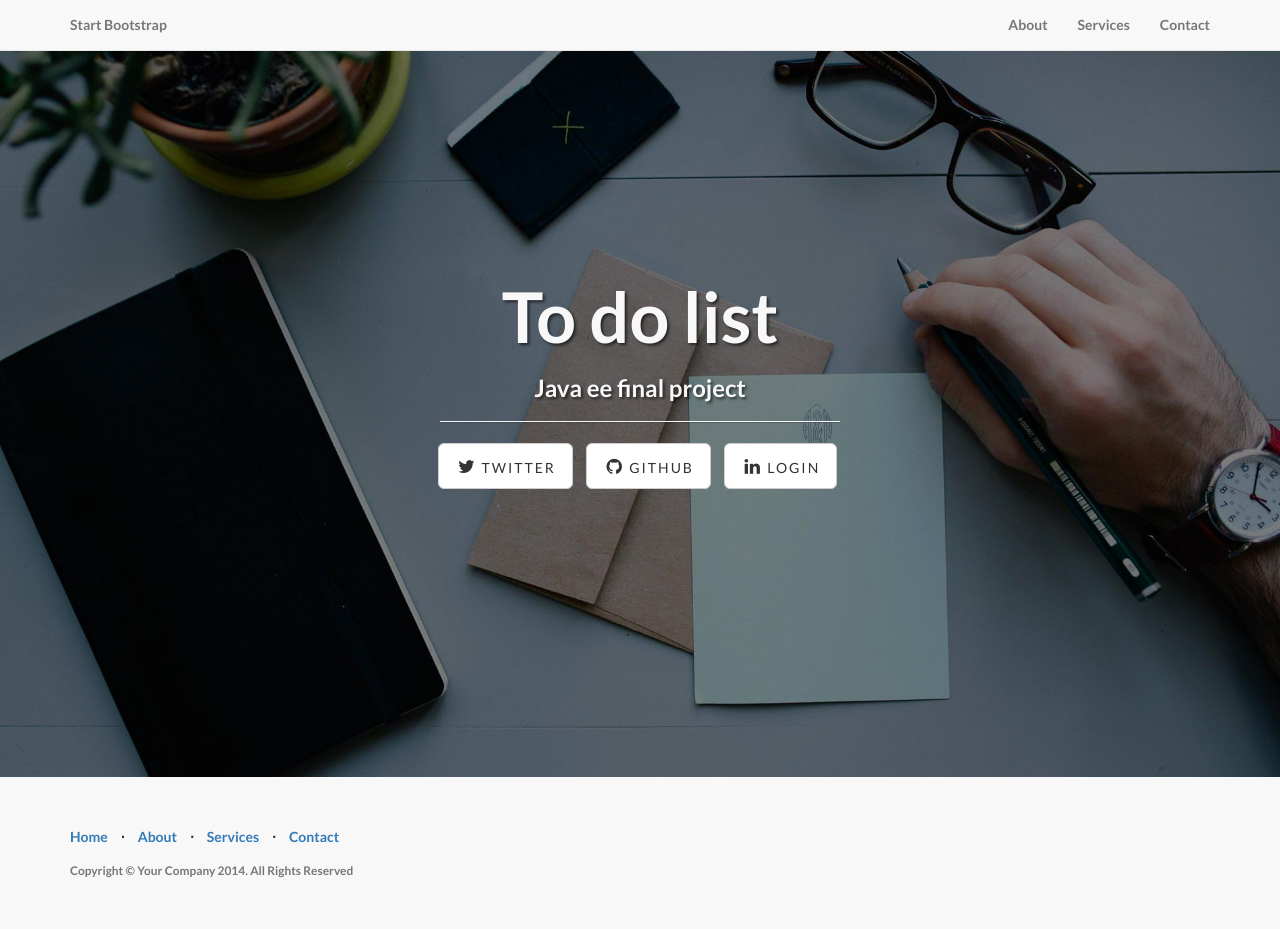
Repository: moshe31sh/Java_ee_final_project_todo_list
Page: Toto_list_final_project/WebContent/welcome.html
An editor plug-in stored every save of this project. The page is shown before and after the next save, followed by the edit.
The browser window is 1280 px wide. The pictures show the whole page.

Above is the page before, as saved 2016-01-24 16:37:26.

### Toto_list_final_project/WebContent/welcome.html
<!DOCTYPE html>
<html lang="en">

<head>

    <meta charset="utf-8">
    <meta http-equiv="X-UA-Compatible" content="IE=edge">
    <meta name="viewport" content="width=device-width, initial-scale=1">
    <meta name="description" content="">
    <meta name="author" content="">

    <title>Welcome</title>

    <!-- Bootstrap Core CSS -->
    <link href="CSS/welcome.bootstrap.min.css" rel="stylesheet">

    <!-- Custom CSS -->
    <link href="CSS/landing-page.css" rel="stylesheet">

    <!-- Custom Fonts -->
    <link href="font-awesome/css/font-awesome.min.css" rel="stylesheet" type="text/css">
    <link href="http://fonts.googleapis.com/css?family=Lato:300,400,700,300italic,400italic,700italic" rel="stylesheet" type="text/css">

    <!-- HTML5 Shim and Respond.js IE8 support of HTML5 elements and media queries -->
    <!-- WARNING: Respond.js doesn't work if you view the page via file:// -->
    <!--[if lt IE 9]>
        <script src="https://oss.maxcdn.com/libs/html5shiv/3.7.0/html5shiv.js"></script>
        <script src="https://oss.maxcdn.com/libs/respond.js/1.4.2/respond.min.js"></script>
    <![endif]-->

</head>

<body>

    <!-- Navigation -->
    <nav class="navbar navbar-default navbar-fixed-top topnav" role="navigation">
        <div class="container topnav">
            <!-- Brand and toggle get grouped for better mobile display -->
            <div class="navbar-header">
                <button type="button" class="navbar-toggle" data-toggle="collapse" data-target="#bs-example-navbar-collapse-1">
                    <span class="sr-only">Toggle navigation</span>
                    <span class="icon-bar"></span>
                    <span class="icon-bar"></span>
                    <span class="icon-bar"></span>
                </button>
                <a class="navbar-brand topnav" href="#">Start Bootstrap</a>
            </div>
            <!-- Collect the nav links, forms, and other content for toggling -->
            <div class="collapse navbar-collapse" id="bs-example-navbar-collapse-1">
                <ul class="nav navbar-nav navbar-right">
                    <li>
                        <a href="#about">About</a>
                    </li>
                    <li>
                        <a href="#services">Services</a>
                    </li>
                    <li>
                        <a href="#contact">Contact</a>
                    </li>
                </ul>
            </div>
            <!-- /.navbar-collapse -->
        </div>
        <!-- /.container -->
    </nav>


    <!-- Header -->
    <a name="about"></a>
    <div class="intro-header">
        <div class="container">

            <div class="row">
                <div class="col-lg-12">
                    <div class="intro-message">
                        <h1>To do list</h1>
                        <h3>Java ee final project</h3>
                        <hr class="intro-divider">
                        <ul class="list-inline intro-social-buttons">
                            <li>
                                <a href="https://twitter.com/SBootstrap" class="btn btn-default btn-lg"><i class="fa fa-twitter fa-fw"></i> <span class="network-name">Twitter</span></a>
                            </li>
                            <li>
                                <a href="https://github.com/IronSummitMedia/startbootstrap" class="btn btn-default btn-lg"><i class="fa fa-github fa-fw"></i> <span class="network-name">Github</span></a>
                            </li>
                            <li>
                                <a href="/Toto_list_final_project/controller/login" class="btn btn-default btn-lg"><i class="fa fa-linkedin fa-fw"></i> <span class="network-name">Login</span></a>
                            </li>
                        </ul>
                    </div>
                </div>
            </div>

        </div>
        <!-- /.container -->

    </div>
    <!-- /.intro-header -->

    <!-- Page Content -->


    <!-- Footer -->
    <footer>
        <div class="container">
            <div class="row">
                <div class="col-lg-12">
                    <ul class="list-inline">
                        <li>
                            <a href="#">Home</a>
                        </li>
                        <li class="footer-menu-divider">&sdot;</li>
                        <li>
                            <a href="#about">About</a>
                        </li>
                        <li class="footer-menu-divider">&sdot;</li>
                        <li>
                            <a href="#services">Services</a>
                        </li>
                        <li class="footer-menu-divider">&sdot;</li>
                        <li>
                            <a href="#contact">Contact</a>
                        </li>
                    </ul>
                    <p class="copyright text-muted small">Copyright &copy; Your Company 2014. All Rights Reserved</p>
                </div>
            </div>
        </div>
    </footer>

    <!-- jQuery -->
    <script src="JS/welcome.jquery.js"></script>

    <!-- Bootstrap Core JavaScript -->
    <script src="JS/welcome.bootstrap.min.js"></script>

</body>

</html>

### Toto_list_final_project/WebContent/CSS/landing-page.css
/*!
 * Start Bootstrap - Landing Page Bootstrap Theme (http://startbootstrap.com)
 * Code licensed under the Apache License v2.0.
 * For details, see http://www.apache.org/licenses/LICENSE-2.0.
 */

body,
html {
    width: 100%;
    height: 100%;
}

body,
h1,
h2,
h3,
h4,
h5,
h6 {
    font-family: "Lato","Helvetica Neue",Helvetica,Arial,sans-serif;
    font-weight: 700;
}

.topnav {
    font-size: 14px;
}

.lead {
    font-size: 18px;
    font-weight: 400;
}

.intro-header {
    padding-top: 50px; /* If you're making other pages, make sure there is 50px of padding to make sure the navbar doesn't overlap content! */
    padding-bottom: 50px;
    text-align: center;
    color: #f8f8f8;
    background: url(../IMAGES/intro-bg.jpg) no-repeat center center;
    background-size: cover;
}

.intro-message {
    position: relative;
    padding-top: 20%;
    padding-bottom: 20%;
}

.intro-message > h1 {
    margin: 0;
    text-shadow: 2px 2px 3px rgba(0,0,0,0.6);
    font-size: 5em;
}

.intro-divider {
    width: 400px;
    border-top: 1px solid #f8f8f8;
    border-bottom: 1px solid rgba(0,0,0,0.2);
}

.intro-message > h3 {
    text-shadow: 2px 2px 3px rgba(0,0,0,0.6);
}

@media(max-width:767px) {
    .intro-message {
        padding-bottom: 15%;
    }

    .intro-message > h1 {
        font-size: 3em;
    }

    ul.intro-social-buttons > li {
        display: block;
        margin-bottom: 20px;
        padding: 0;
    }

    ul.intro-social-buttons > li:last-child {
        margin-bottom: 0;
    }

    .intro-divider {
        width: 100%;
    }
}

.network-name {
    text-transform: uppercase;
    font-size: 14px;
    font-weight: 400;
    letter-spacing: 2px;
}

.content-section-a {
    padding: 50px 0;
    background-color: #f8f8f8;
}

.content-section-b {
    padding: 50px 0;
    border-top: 1px solid #e7e7e7;
    border-bottom: 1px solid #e7e7e7;
}

.section-heading {
    margin-bottom: 30px;
}

.section-heading-spacer {
    float: left;
    width: 200px;
    border-top: 3px solid #e7e7e7;
}

.banner {
    padding: 100px 0;
    color: #f8f8f8;
    background: url(../img/banner-bg.jpg) no-repeat center center;
    background-size: cover;
}

.banner h2 {
    margin: 0;
    text-shadow: 2px 2px 3px rgba(0,0,0,0.6);
    font-size: 3em;
}

.banner ul {
    margin-bottom: 0;
}

.banner-social-buttons {
    float: right;
    margin-top: 0;
}

@media(max-width:1199px) {
    ul.banner-social-buttons {
        float: left;
        margin-top: 15px;
    }
}

@media(max-width:767px) {
    .banner h2 {
        margin: 0;
        text-shadow: 2px 2px 3px rgba(0,0,0,0.6);
        font-size: 3em;
    }

    ul.banner-social-buttons > li {
        display: block;
        margin-bottom: 20px;
        padding: 0;
    }

    ul.banner-social-buttons > li:last-child {
        margin-bottom: 0;
    }
}

footer {
    padding: 50px 0;
    background-color: #f8f8f8;
}

p.copyright {
    margin: 15px 0 0;
}

Loaded but not shown: Toto_list_final_project/WebContent/CSS/welcome.bootstrap.min.css (library); Toto_list_final_project/WebContent/font-awesome/css/font-awesome.min.css (library); Toto_list_final_project/WebContent/JS/welcome.jquery.js (library); Toto_list_final_project/WebContent/JS/welcome.bootstrap.min.js (library)

After the next save:
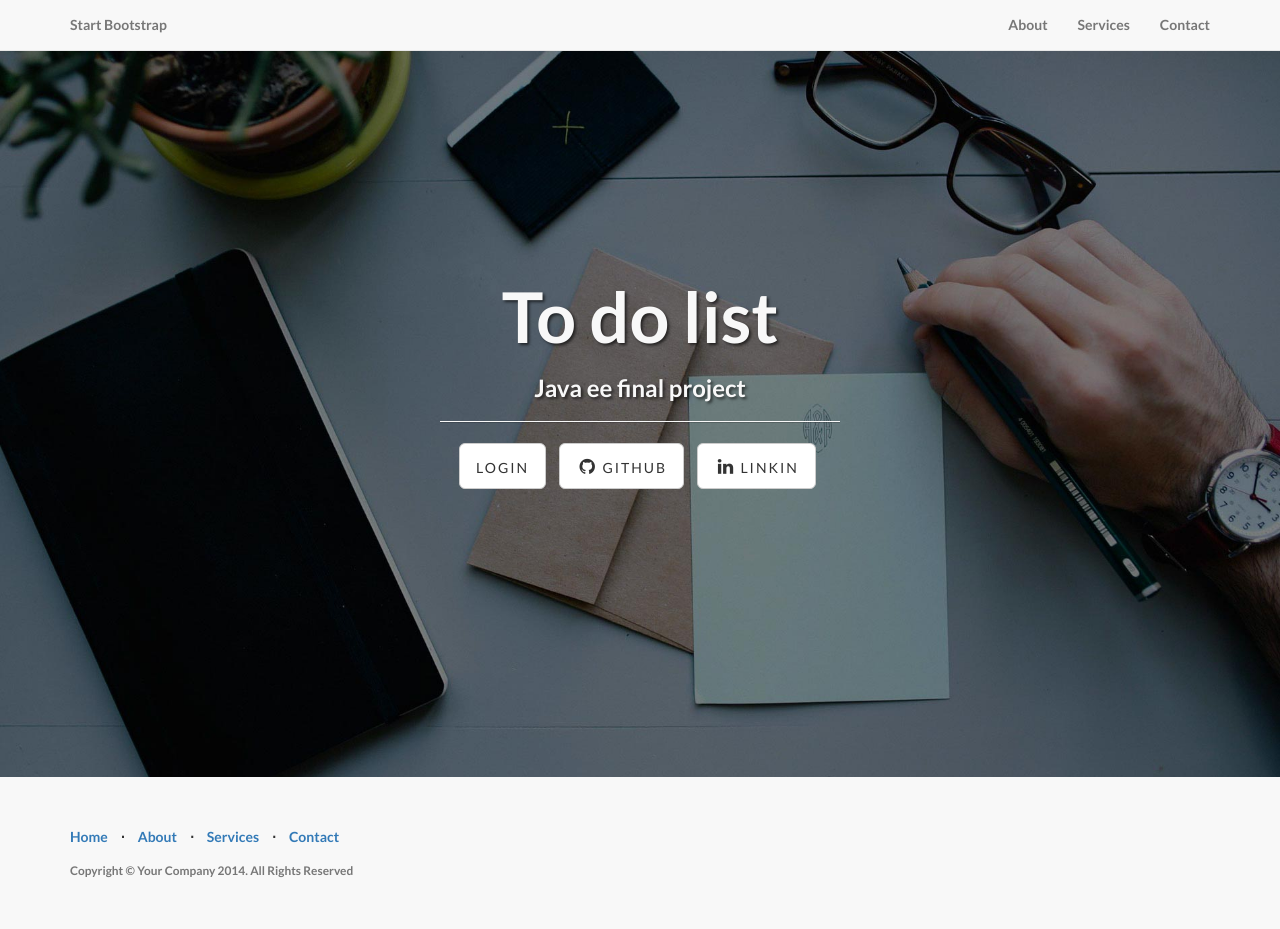
Saved 104 s later.
--- a/Toto_list_final_project/WebContent/welcome.html
+++ b/Toto_list_final_project/WebContent/welcome.html
@@ -78,13 +78,13 @@
                         <hr class="intro-divider">
                         <ul class="list-inline intro-social-buttons">
                             <li>
-                                <a href="https://twitter.com/SBootstrap" class="btn btn-default btn-lg"><i class="fa fa-twitter fa-fw"></i> <span class="network-name">Twitter</span></a>
+                                <a href="Toto_list_final_project/controller/login" class="btn btn-default btn-lg"><span class="network-name">Login</span></a>
                             </li>
                             <li>
                                 <a href="https://github.com/IronSummitMedia/startbootstrap" class="btn btn-default btn-lg"><i class="fa fa-github fa-fw"></i> <span class="network-name">Github</span></a>
                             </li>
                             <li>
-                                <a href="/Toto_list_final_project/controller/login" class="btn btn-default btn-lg"><i class="fa fa-linkedin fa-fw"></i> <span class="network-name">Login</span></a>
+                                <a href="/#" class="btn btn-default btn-lg"><i class="fa fa-linkedin fa-fw"></i> <span class="network-name">Linkin</span></a>
                             </li>
                         </ul>
                     </div>
